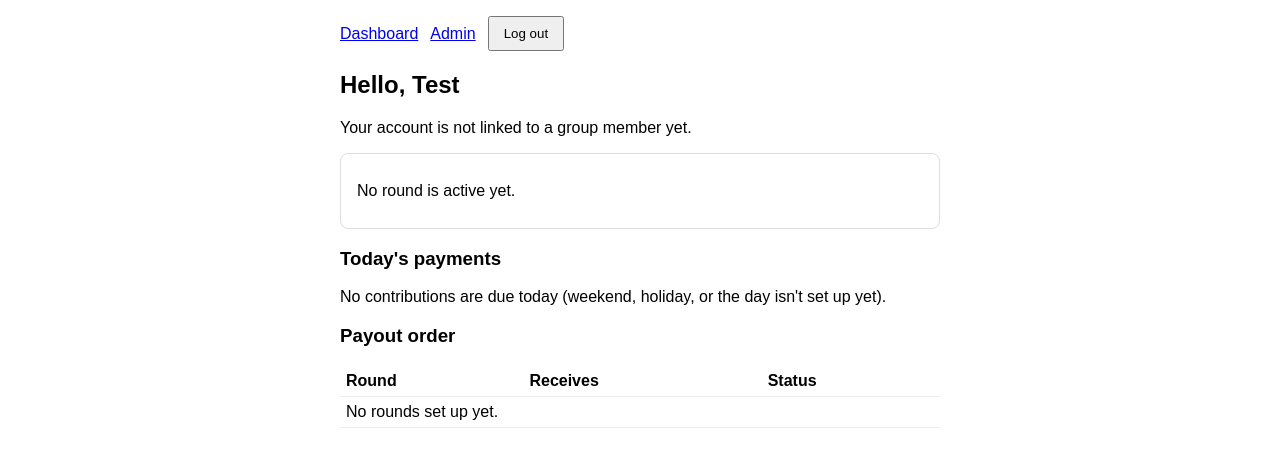
Repository: dennisanyomi/savings-website
Page: http://localhost/
The author's editor kept a copy of each file at every save. The page is drawn from the files as they stood at one save, then again after the next save.
The browser window is 1280 px wide. The pictures show the whole page.
The page is served by the project's application, run on Django 5.2 (manage.py). A made-up administrator, testuser (Test User, test@example.com), is signed in. Queries for data that is not in the repository find no rows.

Above is the page before, as saved 2026-10-01 01:37:29.

After the next save:
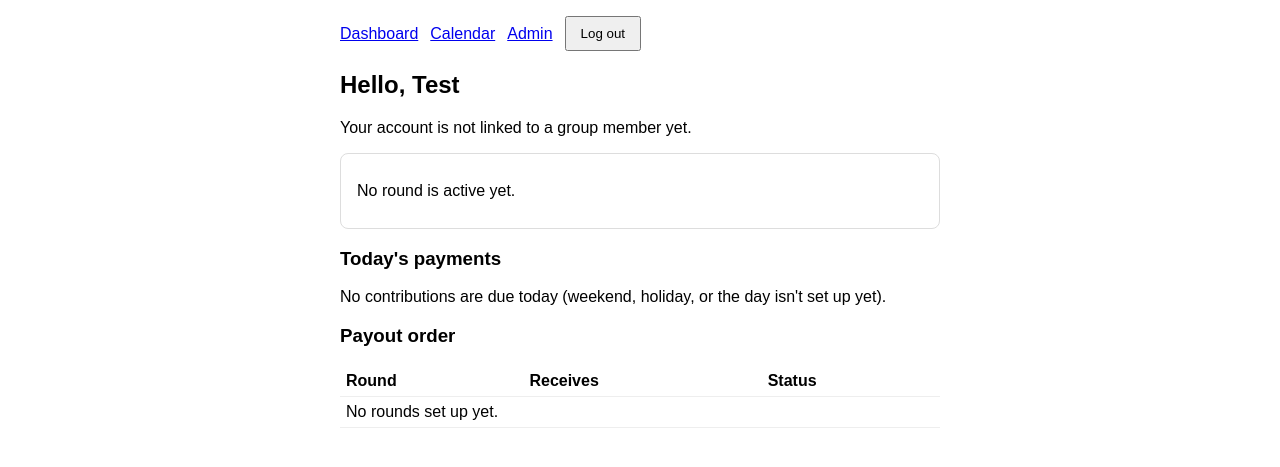
Saved 19 s later.
--- a/savings/templates/base.html
+++ b/savings/templates/base.html
@@ -12,20 +12,38 @@
     input { padding: 8px; width: 100%; box-sizing: border-box; margin-bottom: 10px; }
     .error { color: #c00; }
     .card { border: 1px solid #ddd; border-radius: 8px; padding: 12px 16px; margin-bottom: 16px; }
-.bar { background: #eee; border-radius: 6px; height: 12px; overflow: hidden; }
-.bar-fill { background: #2e8b57; height: 100%; }
-.status.confirmed { color: #2e8b57; }
-.status.pending { color: #d98200; }
-.status.unpaid, .status.rejected { color: #c00; }
-ul.plain { list-style: none; padding: 0; }
-table { width: 100%; border-collapse: collapse; }
-td, th { text-align: left; padding: 6px; border-bottom: 1px solid #eee; }
+    .bar { background: #eee; border-radius: 6px; height: 12px; overflow: hidden; }
+    .bar-fill { background: #2e8b57; height: 100%; }
+    .status.confirmed { color: #2e8b57; }
+    .status.pending { color: #d98200; }
+    .status.unpaid, .status.rejected { color: #c00; }
+    ul.plain { list-style: none; padding: 0; }
+    table { width: 100%; border-collapse: collapse; }
+    td, th { text-align: left; padding: 6px; border-bottom: 1px solid #eee; }
+
+    /* Calendar */
+    .cal { display: grid; grid-template-columns: repeat(7, 1fr); gap: 4px; margin-bottom: 14px; }
+    .cal-head { text-align: center; font-size: 12px; color: #666; }
+    .weeklabel { font-size: 12px; color: #666; margin: 8px 0 2px; }
+    .cell { display: block; box-sizing: border-box; min-height: 42px; padding: 6px 2px; border: 1px solid #eee;
+            border-radius: 6px; text-align: center; font-size: 14px; color: #000; text-decoration: none; background: #fff; }
+    .cell small { display: block; font-size: 10px; opacity: .8; }
+    .cell.weekend, .cell.spare { background: #f2f2f2; color: #aaa; }
+    .cell.holiday { background: #d9d9d9; color: #555; }
+    .cell.paid { background: #2e8b57; border-color: #2e8b57; color: #fff; }
+    .cell.pending { background: #f5a623; border-color: #f5a623; }
+    .cell.due { border: 2px solid #2e8b57; font-weight: bold; }
+    .cell.missed { background: #fde0e0; border-color: #c00; color: #900; }
+    .cell.today { outline: 2px solid #1a73e8; }
+    .legend span { display: inline-block; margin-right: 10px; font-size: 13px; }
+    .dot { display: inline-block; width: 12px; height: 12px; border-radius: 3px; margin-right: 4px; vertical-align: middle; border: 1px solid #ccc; }
   </style>
 </head>
 <body>
   {% if user.is_authenticated %}
   <nav>
     <a href="{% url 'dashboard' %}">Dashboard</a>
+    <a href="{% url 'calendar' %}">Calendar</a>
     {% if user.is_staff %}
       <a href="{% url 'admin_home' %}">Admin</a>
     {% endif %}
@@ -35,6 +53,9 @@ td, th { text-align: left; padding: 6px; border-bottom: 1px solid #eee; }
     </form>
   </nav>
   {% endif %}
+  {% for message in messages %}
+    <div class="card">{{ message }}</div>
+  {% endfor %}
   {% block content %}{% endblock %}
 </body>
 </html>
